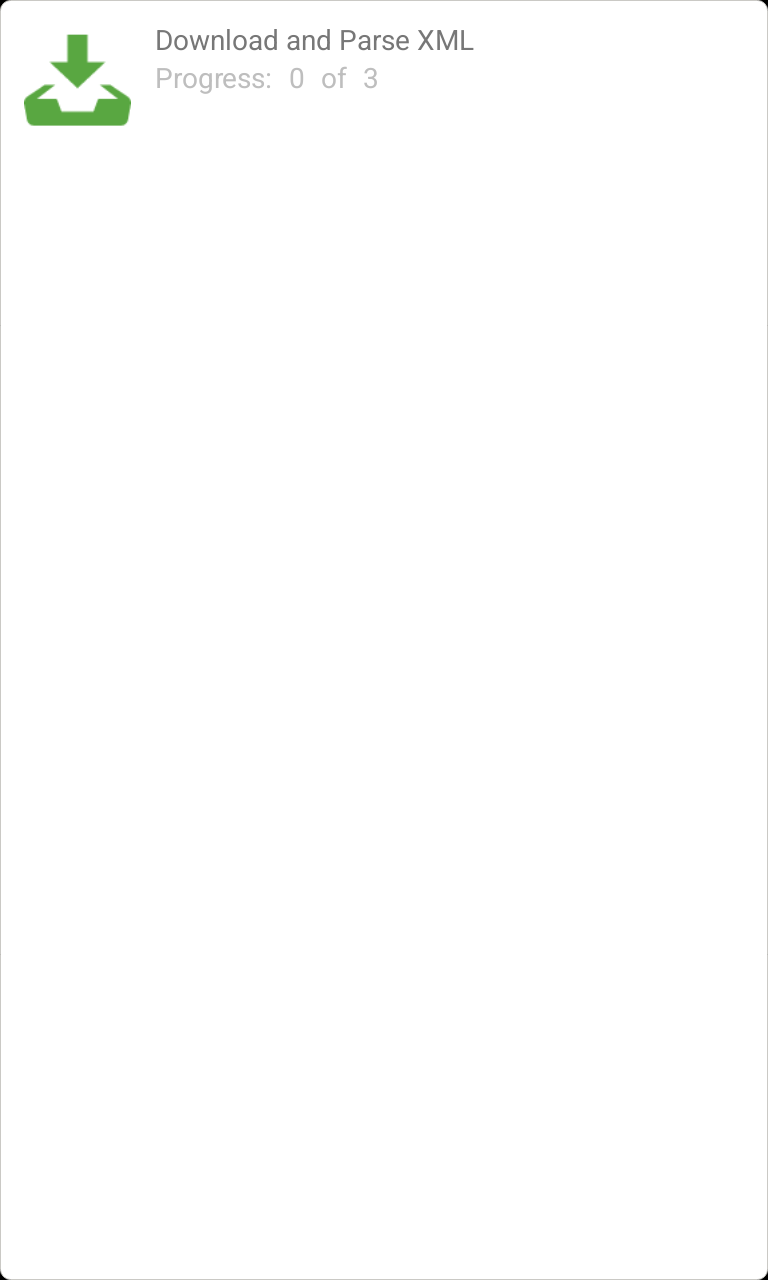
Repository: easyCZ/UoE-Projects
Layout: UG3-SELP/res/layout/download_and_parse.xml
The author's editor kept a copy of each file at every save. The layout is drawn from the files as they stood at one save, then again after the next save.
It is drawn on a 768 x 1280 px phone screen (xhdpi) without system bars, with theme android:Theme.Black.NoTitleBar; the app's code is not run.

Above is the layout before, as saved 2013-12-06 16:09:31.

After the next save:
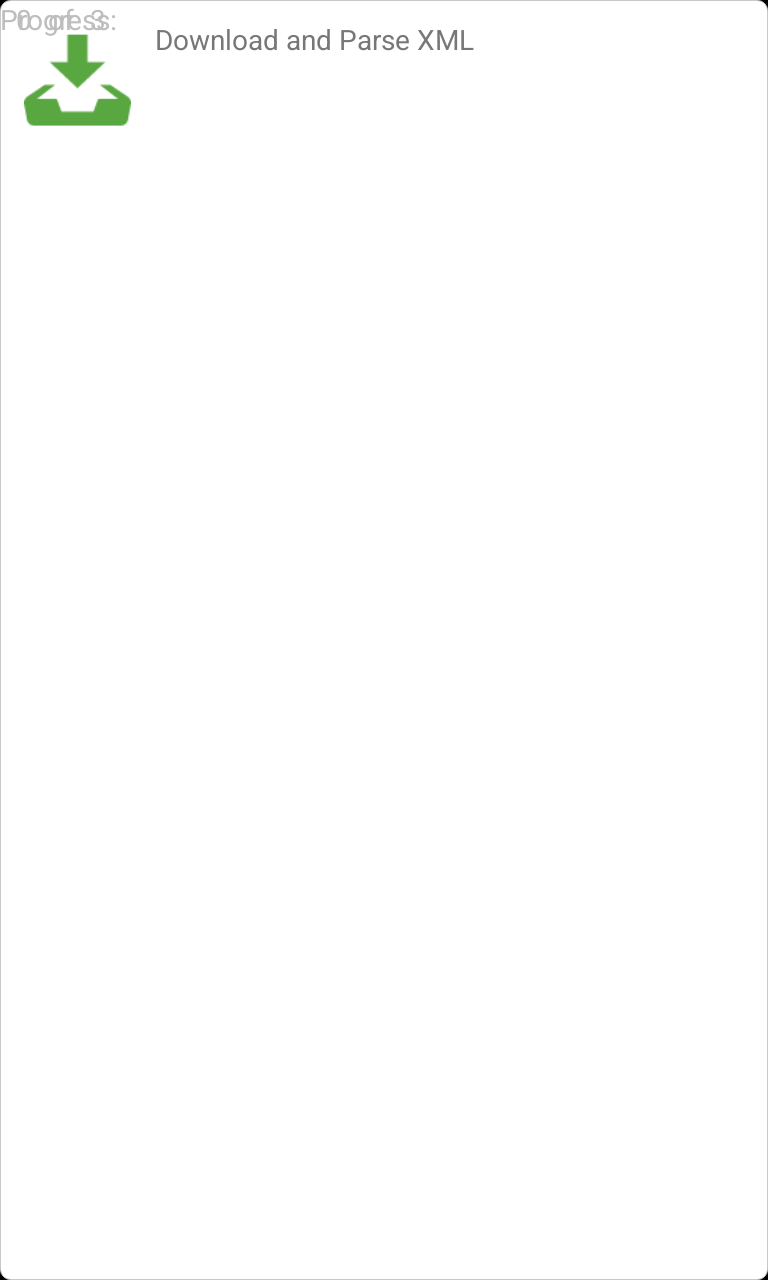
Saved 10 s later.
--- a/UG3-SELP/res/layout/download_and_parse.xml
+++ b/UG3-SELP/res/layout/download_and_parse.xml
@@ -34,15 +34,17 @@
         android:layout_height="wrap_content"
         android:orientation="horizontal">
 
+        <TextView
+	        android:id="@+id/textView2"
+	        android:layout_width="wrap_content"
+	        android:layout_height="wrap_content"
+	        android:layout_alignLeft="@+id/textView1"
+	        android:layout_below="@+id/textView1"
+	        android:text="Progress:" />
+
     </LinearLayout>
 
-    <TextView
-        android:id="@+id/textView2"
-        android:layout_width="wrap_content"
-        android:layout_height="wrap_content"
-        android:layout_alignLeft="@+id/textView1"
-        android:layout_below="@+id/textView1"
-        android:text="Progress:" />
+
 
     <TextView
         android:paddingLeft="8dp"
